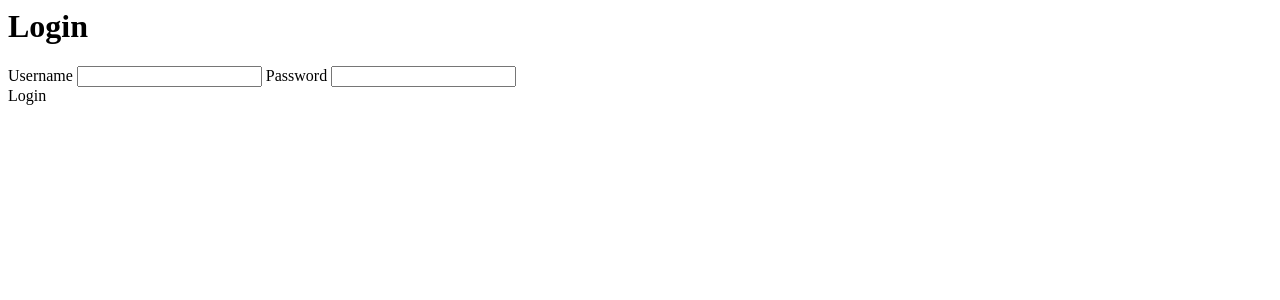
Repository: hoangnguyen92/IonicParseSample
Page: todoApp/www/templates/login.html
The author's editor kept a record of every edit. The page is drawn from the files as they stood at one moment, then again after the next edit.
The browser window is 1280 px wide. The pictures show the whole page.

Above is the page before.

After the next edit:
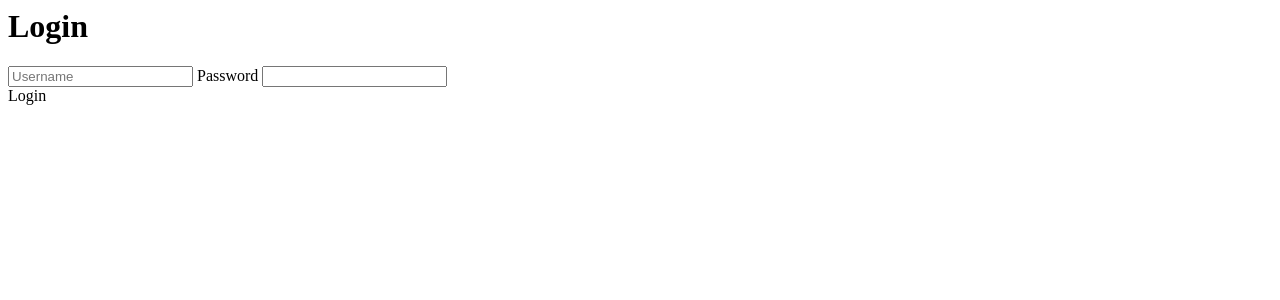
The edit:
--- a/todoApp/www/templates/login.html
+++ b/todoApp/www/templates/login.html
@@ -10,8 +10,7 @@
         <ion-list>
             <div class="list">
                 <label class="item item-input">
-                    <span class="input-label">Username</span>
-                    <input type="text" ng-model="user.username">
+                    <input type="text" ng-model="user.username" placeholder="Username" />
                 </label>
                 <label class="item item-input">
                     <span class="input-label">Password</span>
